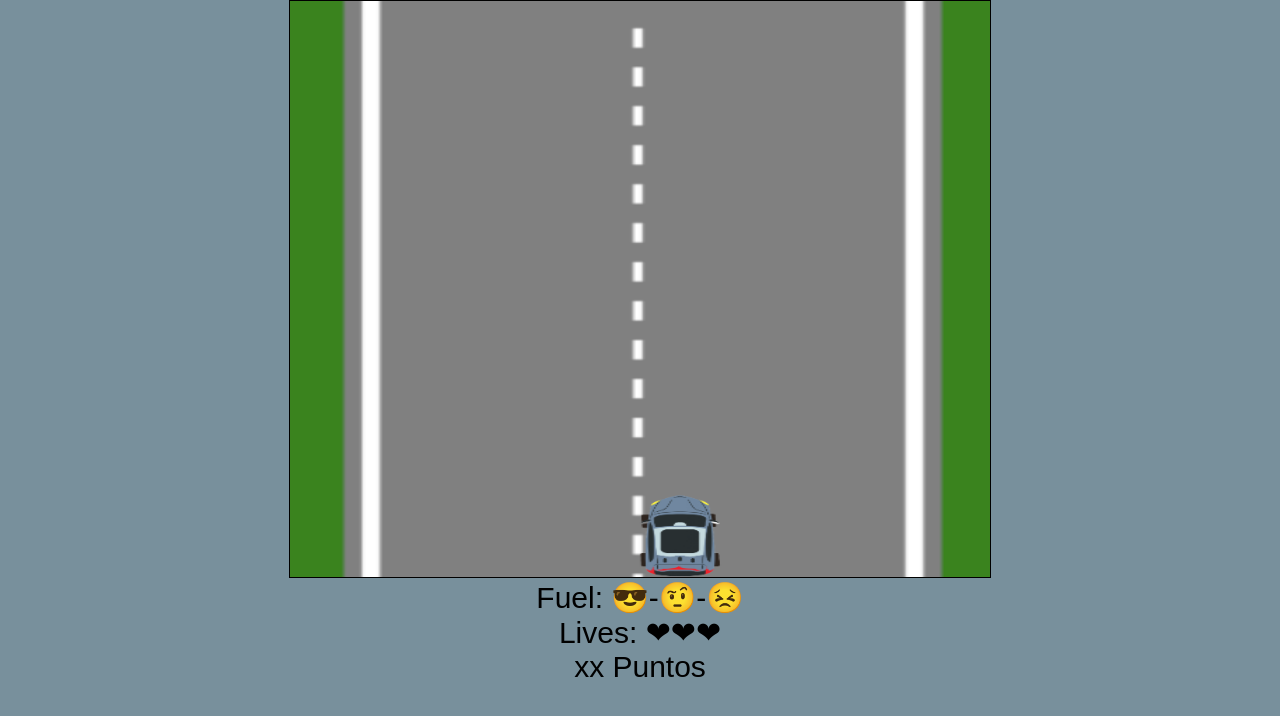
Repository: ChristianGecchelin/ironCarGame
Page: canvas.html
The author's editor kept a copy of each file at every save. The page is drawn from the files as they stood at one save, then again after the next save.
The browser window is 1280 px wide. The pictures show the whole page.

Above is the page before, as saved 2022-06-14 15:22:04.

### canvas.html
<!DOCTYPE html>
<html lang="en">
  <head>
    <meta charset="UTF-8" />
    <meta http-equiv="X-UA-Compatible" content="IE=edge" />
    <meta name="viewport" content="width=device-width, initial-scale=1.0" />
    <title>Canvas</title>
    <link rel="stylesheet" href="./styles/style.css" />
  </head>
  <body>
    <div class="flex">
      <canvas id="canvas" height="700" width="500"> </canvas>
      <div class="info"></div>
    </div>
    <script src="./src/road.js"></script>
    <script src="./src/coche.js"></script>
    <script src="./src/info.js"></script>
    <script src="./src/index.js"></script>
  </body>
</html>

### styles/style.css
* {
  padding: 0;
  margin: 0;
  text-align: center;
  font-family: sans-serif;
}
body {
  background-color: #78909c;
}
.game-intro {
  display: flex;
  flex-direction: column;
  justify-content: center;
  align-items: center;
  padding: 0% 10%;
  height: 100vh;
}
.flex {
  display: flex;
  flex-direction: column;
  justify-content: center;
  align-items: center;
}
canvas {
  height: 80vh;
  width: 700px;
}
.info {
  display: flex;
  flex-direction: column;
  align-items: center;
  justify-content: center;
  height: 15vh;
  width: 700px;
}
.information {
  width: 100%;
  font-size: 30px;
  margin: 0;
}

.game-intro p {
  font-size: 18px;
  font-family: "Verdana";
}

.logo-img {
  width: 350px;
}

.arrows-img {
  width: 150px;
}

body button {
  font-size: 30px;
  background-color: #c42830;
  color: #fff;
  padding: 20px 40px;
  border: 0;
  box-shadow: 0;
  border-radius: 5px;
  cursor: pointer;
  margin-bottom: 20px;
}

.button {
  font-size: 30px;
  background-color: #870007;
  color: #fff;
  padding: 20px 40px;
  border: 0;
  box-shadow: 0;
  border-radius: 5px;
  cursor: pointer;
  margin-bottom: 20px;
}

#game-board {
  float: left;
  padding: 20px 0px;
  display: flex;
  flex-direction: column;
  justify-content: center;
}

#endScreen {
  font-family: Verdana, Geneva, Tahoma, sans-serif;
  width: 500px;
  background-color: white;
  border: 1px solid black;
}

#canvas {
  border: 1px solid black;
}

#endScreen {
  position: absolute;
}

.redText {
  color: red;
  font-weight: bolder;
}

#placeHolderImg {
  width: 500px;
  height: 700px;
  position: absolute;
  display: none;
  background-image: url("./../images/road2.png");
  background-repeat: no-repeat;
  background-size: 500px 700px;
}

.divInstructions {
  margin: 0 auto;
  width: 50%;
  border: 1px solid black;
  margin-bottom: 20px;
  padding: 20px 20px;
}

/* Class preventing pointer events while moving the car */
.noPointers {
  pointer-events: none;
  -webkit-user-select: none;
  -moz-user-select: none;
  -ms-user-select: none;
  user-select: none;
}

### src/road.js
let image = new Image();
image.src = "../images/road.png";
const backgroundImage = {
  img: image,
  y: 1000,
  speed: -1,

  move: function () {
    this.y -= this.speed;
    this.y %= canvas.height;
  },

  draw: function () {
    ctx.drawImage(this.img, 0, 0, 500, 700);
    /* if (this.speed < 0) {
      ctx.drawImage(this.img, 0, this.y - canvas.height, 500, 700);
    } else {
      ctx.drawImage(this.img, 0, this.y + canvas.height, 500, 700);
    } */
  },
};

### src/coche.js
class Objeto {
  constructor(x, y, ancho, alto, imagen, ctx) {
    this.x = x;
    this.y = y;
    this.ancho = ancho;
    this.alto = alto;
    this.imagen = imagen;
    this.ctx = ctx;
    this.step = 7;
  }

  dibujar() {
    ctx.drawImage(this.imagen, this.x, this.y, this.ancho, this.alto);
  }

  borrar() {
    ctx.clearRect(this.x, this.y, this.ancho, this.alto);
  }
}

class Player extends Objeto {
  constructor(x, y, ancho, alto, imagen, ctx, lives, fuel) {
    super(x, y, ancho, alto, imagen, ctx);
    this.step = Objeto.step + 2;
    this.lives = lives;
    this.fuel = fuel;
  }
  detectarColision(objeto) {
    if (
      this.x >= objeto.x &&
      this.x + this.ancho <= objeto.x + objeto.ancho &&
      this.y <= objeto.y + objeto.alto &&
      this.y >= objeto.y
    ) {
      console.log("colision frontal");
    }
  }
}
class BossEnemy extends Objeto {
  constructor(x, y, ancho, alto, imagen, ctx) {
    super(x, y, ancho, alto, imagen, ctx);
  }
  movimiento() {
    this.borrar();
    this.x = this.x - this.step;
    this.dibujar();
    this.borrar();
    this.x = this.x + this.step;
    this.dibujar();
  }
}

### src/info.js
let info = document.querySelector(".info");
let fuel = document.createElement("p");
fuel.setAttribute("class", "information");
info.appendChild(fuel);
let lives = document.createElement("p");
lives.setAttribute("class", "information");
info.appendChild(lives);
let puntuacion = document.createElement("p");
puntuacion.setAttribute("class", "information");
info.appendChild(puntuacion);
fuel.innerText = "Fuel: 😎-🤨-😣";
lives.innerText = "Lives: ❤❤❤";
puntuacion.innerText = "xx Puntos";

### src/index.js
const canvas = document.querySelector("#canvas");
const ctx = canvas.getContext("2d");
let enemies = [];

let cochePlayer = new Image();
cochePlayer.src = "../images/car.png";

const player = new Player(250, 600, 60, 100, cochePlayer, ctx);
console.log(player);
let enemyImage = new Image();
enemyImage.src = "../images/car2.png";

const jugar = () => {
  player.borrar();
  backgroundImage.draw();
  player.dibujar();
  for (let enemy of enemies) {
    enemy.borrar();
    enemy.y += enemy.step;
    enemy.dibujar();
    player.detectarColision(enemy);
  }
};

const createEnemies = () => {
  const enemy = new Objeto(
    Math.floor(Math.random() * (400 - 50) + 50),
    0,
    60,
    100,
    enemyImage,
    ctx
  );
  enemies.push(enemy);
};

const cargaInicial = () => {
  backgroundImage.draw();
  player.dibujar();
  setInterval(jugar, 50);
  setInterval(createEnemies, 5000);
};
const moverPlayer = (e) => {
  console.log(e);
  if (e.key === "ArrowLeft" && player.x > 50) {
    player.x -= player.step;
  }
  if (e.key === "ArrowRight" && player.x < 400) {
    player.x += player.step;
  }
  if (e.key === "ArrowUp" && player.y > 0) {
    player.y -= player.step;
  }
  if (e.key === "ArrowDown" && player.y < 600) {
    player.y += player.step;
  }
};

window.addEventListener("load", cargaInicial);
document.addEventListener("keydown", moverPlayer);

After the next save:
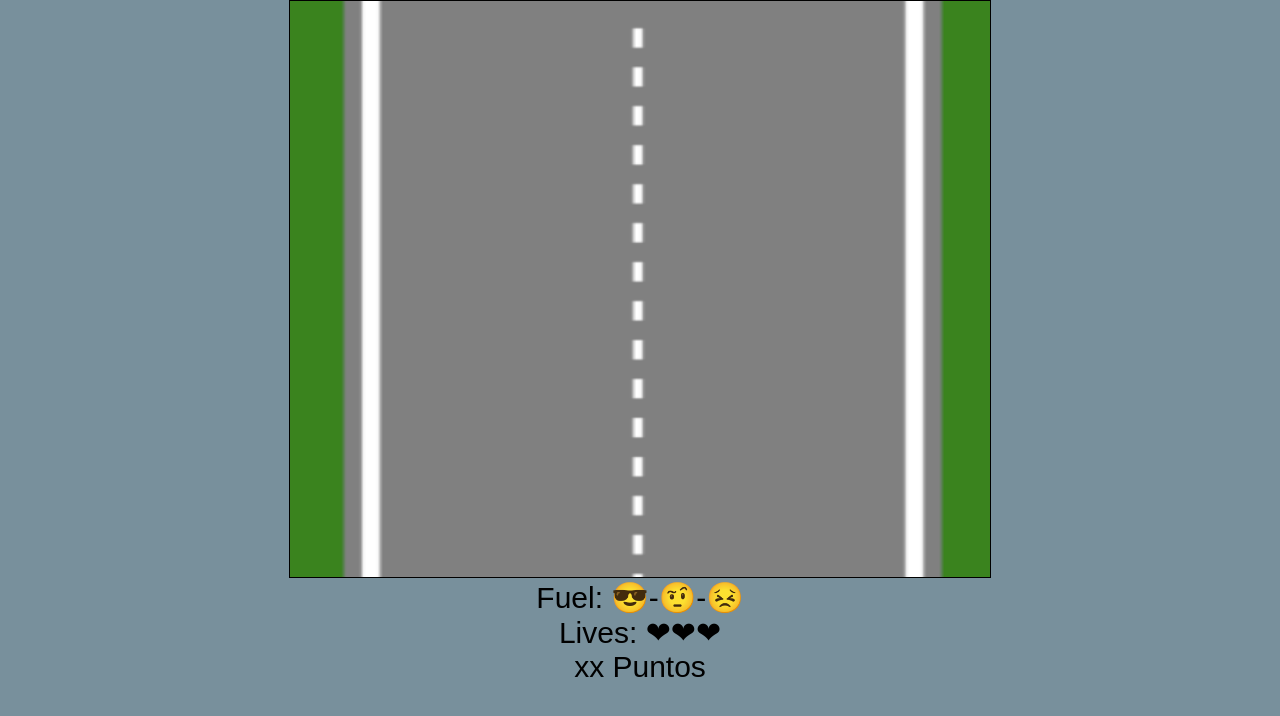
Saved 20 s later.
--- a/src/index.js
+++ b/src/index.js
@@ -13,7 +13,7 @@ enemyImage.src = "../images/car2.png";
 const jugar = () => {
   player.borrar();
   backgroundImage.draw();
-  player.dibujar();
+
   for (let enemy of enemies) {
     enemy.borrar();
     enemy.y += enemy.step;
@@ -42,6 +42,7 @@ const cargaInicial = () => {
 };
 const moverPlayer = (e) => {
   console.log(e);
+  player.borrar();
   if (e.key === "ArrowLeft" && player.x > 50) {
     player.x -= player.step;
   }
@@ -54,6 +55,7 @@ const moverPlayer = (e) => {
   if (e.key === "ArrowDown" && player.y < 600) {
     player.y += player.step;
   }
+  player.dibujar();
 };
 
 window.addEventListener("load", cargaInicial);
